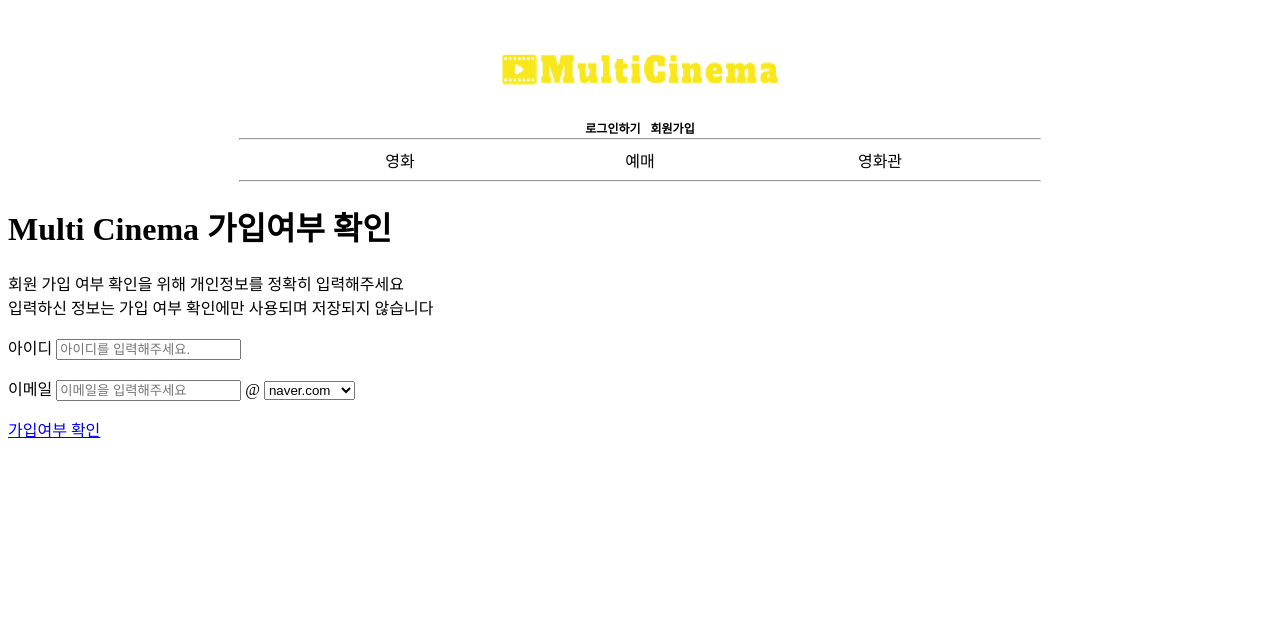
Repository: 23-MultiCampus-17-MiniProject/FrontEnd
Page: http://localhost/com.mc.multicinema/WEB-INF/views/member_check.jsp
These files come from the project's save history. The page is drawn as it stood at one moment and after the next save; the edit follows.
The browser window is 1280 px wide. The pictures show the whole page.
The page is served by Tomcat 9. Nobody is signed in. Other server files are loaded and not shown. The template is opened directly, without the code that normally fills it, so the values that code supplies are empty.

Above is the page before, as saved 2023-12-07 02:21:22.
Not found: com.mc.multicinema/com.mc.multicinema/WEB-INF/views/css/join_confirm.css
Not found: com.mc.multicinema/com.mc.multicinema/WEB-INF/views/js/join_confirm.js

### com.mc.multicinema/src/main/webapp/WEB-INF/views/member_check.jsp
<%@ page language="java" contentType="text/html; charset=UTF-8"
    pageEncoding="UTF-8"%>
<!DOCTYPE html>
<html>
<head>
<meta charset="UTF-8">
<meta name="viewport" content="width=device-width, initial-scale=1.0">
<title>멀티시네마 가입여부 확인</title>


<link rel="stylesheet" type="text/css" href="css/index.css">
</head>
<header class="body">
	<div class="header">
		<h1 class="mainlogo">
			<a href="main_signout.html" title="홈화면으로 가기">홈으로가기</a>
		</h1>
		<div class="myinformation">
			<a href="main_signin.html">로그인하기</a>
			<a href="signin.html">회원가입</a>
		</div>
	</div>

	<hr>
	<ul id="mainNavigator">
		<li id="movie"><a href="movie.html">영화</a></li>
		<li id="ticketing"><a href="tiketing.html">예매</a></li>
		<li id="theater"><a href="theater.html">영화관</a></li>
	</ul>
	<hr>
</header>
<link rel="stylesheet" type="text/css" href="css/join_confirm.css">
<script src="js/join_confirm.js"></script>

</head>
<body>
<div id="container">
	<div id="contents">
		<div id="contents_header">
			<h1>Multi Cinema 가입여부 확인</h1>
		</div>
		<div id="check">
			<div id="info">
				<P>회원 가입 여부 확인을 위해 개인정보를 정확히 입력해주세요<br>
					입력하신 정보는 가입 여부 확인에만 사용되며 저장되지 않습니다
				</P>
			</div>
			<div id="check_member_form">
				<div class="text_box">
					아이디 <input type="text" class="text" id="user_id" placeholder="아이디를 입력해주세요.">
					<p class="error_message" id="user_id_errmsg" style="visibility: hidden"></p>
				</div>
				<div class="text_box">
					이메일 <input type="text" class="text" id="user_email" placeholder="이메일을 입력해주세요">
					@
					<select id="email_select">
						<option>naver.com</option>
						<option>google.com</option>
						<option>daum.net</option>
						<option>직접입력</option>
					</select>
					<input type="text" class="text" id="user_email_dir" placeholder="도메인을 입력해주세요" style="visibility: hidden">
					<p class="error_message" id="user_email_errmsg" style="visibility: hidden"></p>
				</div>

				<div id="btn_confirm_wrap">
					<a href="member_join.html" id="btn_confirm"><div>가입여부 확인</div></a>
				</div>
			</div>
		</div>
	</div>
</div>
</body>
</html>

### com.mc.multicinema/src/main/webapp/resources/css/index.css
@charset "UTF-8";

.body {
	align-items: center;
}

html {
	min-width: 800px;

}

hr {
	width: 800px;
}

.header {
	height: 100px;
	margin-top: 30px;
	text-align: center;
	display: flex;
	flex-direction: column;
	align-items: center;
	font-weight: 600;
}

.header .mainlogo {
	height: 80px;
	width: 280px;
	text-align: center;
	align-items: center;
	background-image: url(../images/multiCinema_logo.png);
	background-repeat: no-repeat;
	text-indent: -999999px;
}

.header .mainlogo a {
	display: block;
	height: 100%;
	width: 100%;
}

.myinformation {
	display: flex;
	gap: 10px;
}

.myinformation a {
	font-size: 12px;
	text-decoration: none;
	color: black;
}

#mainNavigator {
	display: flex;
	justify-content: space-between;
	list-style: none;
	padding: 0;
	margin: 0 auto;
	align-items: center;
	text-align: center;
	display: flex;
	max-width: 720px;
}

#mainNavigator li {
	width: calc(100% / 3);
	text-align: center;
}

#mainNavigator a {
	text-decoration: none;
	color: black;
}

#mainNavigator a:hover {
	font-weight: bold;
}

### com.mc.multicinema/src/main/webapp/resources/css/join_confirm.css
@charset "UTF-8";
	#container{
		height: 460px;
	}
	#contents{
		height: 460px;
	}
	.text_box {
		width: 550px;
		float: right;
		margin-left: 250px;
		text-align: left;
	}

	#check{
		height:400px;
		background-color:  rgb(192, 192, 192,0.1);
		width: 800px;
		margin:0 auto;

	}
	#contents_header{
		height:64px;
		text-align: center;
	}
	#check_member_form{
		margin-top: 60px;
		height: 180px;
		text-align: center;
	}
	#info{
		padding-top: 20px;
		height: 20%;
		line-height: 40px;
		text-align: center;
	}
	#btn_confirm_wrap{
		display: inline-block;
		margin-top: 40px;
		text-align: center;
	}
	#btn_confirm{
		text-decoration: none;
		color: black;
		background-color: rgb(254, 228, 1);
		border-radius: 10px;
		width: 130px;
		height: 60px;
		line-height: 60px;
		cursor: pointer;
	}

	.error_message{
		font-size: 12px;
		color: red;
	}

After the next save:
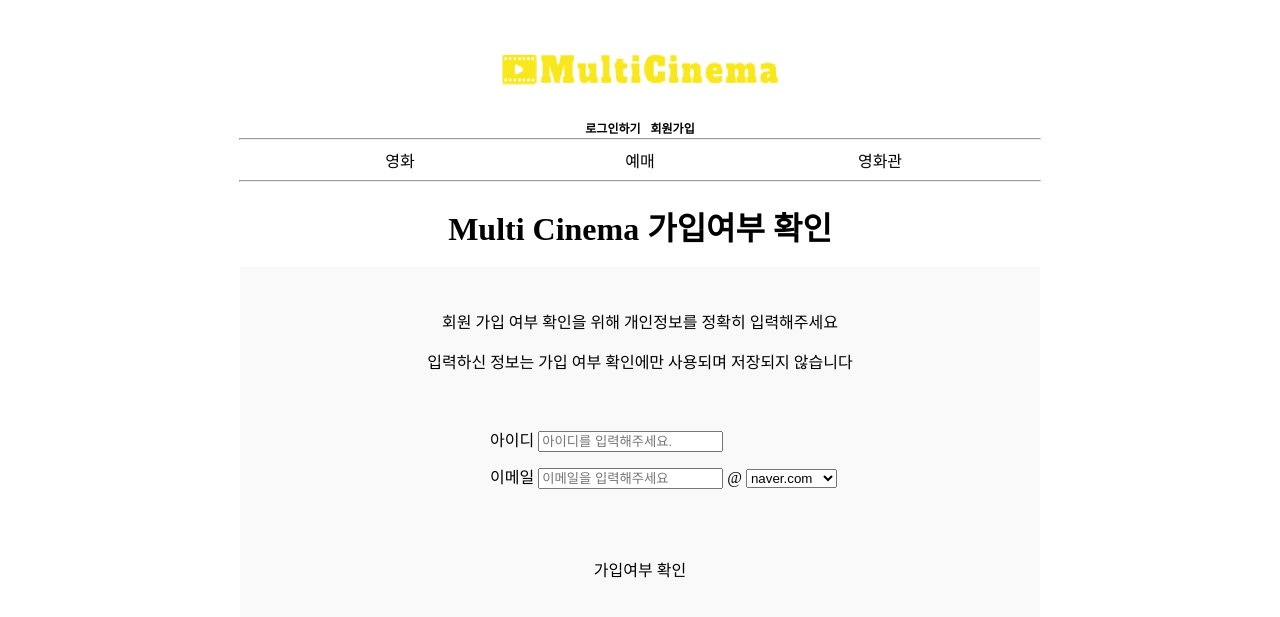
Saved 28 s later.
--- a/com.mc.multicinema/src/main/webapp/WEB-INF/views/member_check.jsp
+++ b/com.mc.multicinema/src/main/webapp/WEB-INF/views/member_check.jsp
@@ -8,7 +8,7 @@
 <title>멀티시네마 가입여부 확인</title>
 
 
-<link rel="stylesheet" type="text/css" href="css/index.css">
+<link rel="stylesheet" type="text/css" href="resources/css/index.css">
 </head>
 <header class="body">
 	<div class="header">
@@ -29,7 +29,7 @@
 	</ul>
 	<hr>
 </header>
-<link rel="stylesheet" type="text/css" href="css/join_confirm.css">
+<link rel="stylesheet" type="text/css" href="resources/css/join_confirm.css">
 <script src="js/join_confirm.js"></script>
 
 </head>
